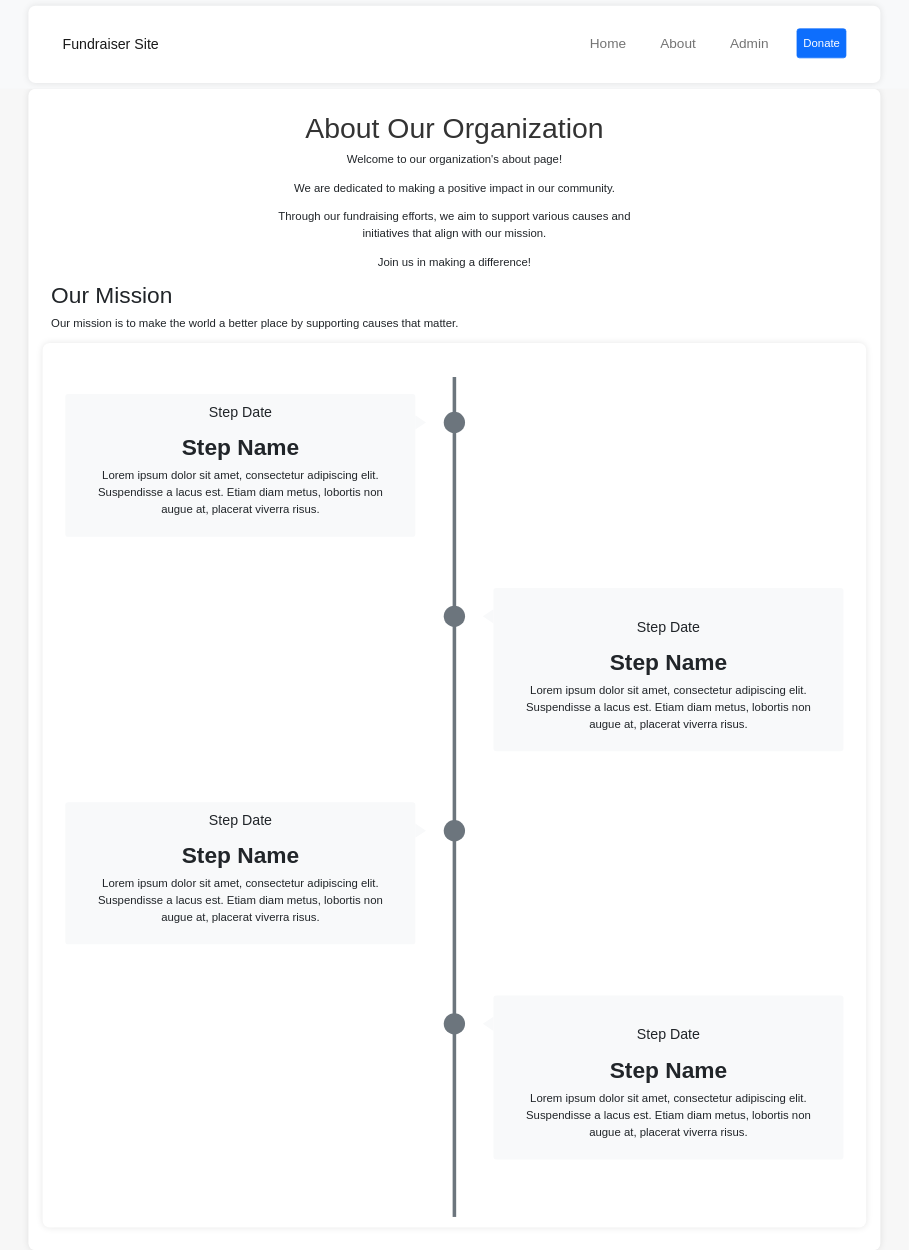
Repository: DragonFruit8/Fundraiser-Page
Page: /about
These files come from the project's save history. The page is drawn as it stood at one moment and after a run of saves; the edit follows.
The browser window is 1280 px wide. The pictures show the whole page, at 71% of full size.
The project was rebuilt for these pictures with package versions that can differ from the ones it lists, and the page was loaded fresh each time. Also part of the build but not shown: src/pages/HomeContainer.js, src/pages/Donate.js, src/pages/Admin.js.

Above is the page before, as saved 2024-07-19 14:02:33.

After the next 3 saves:
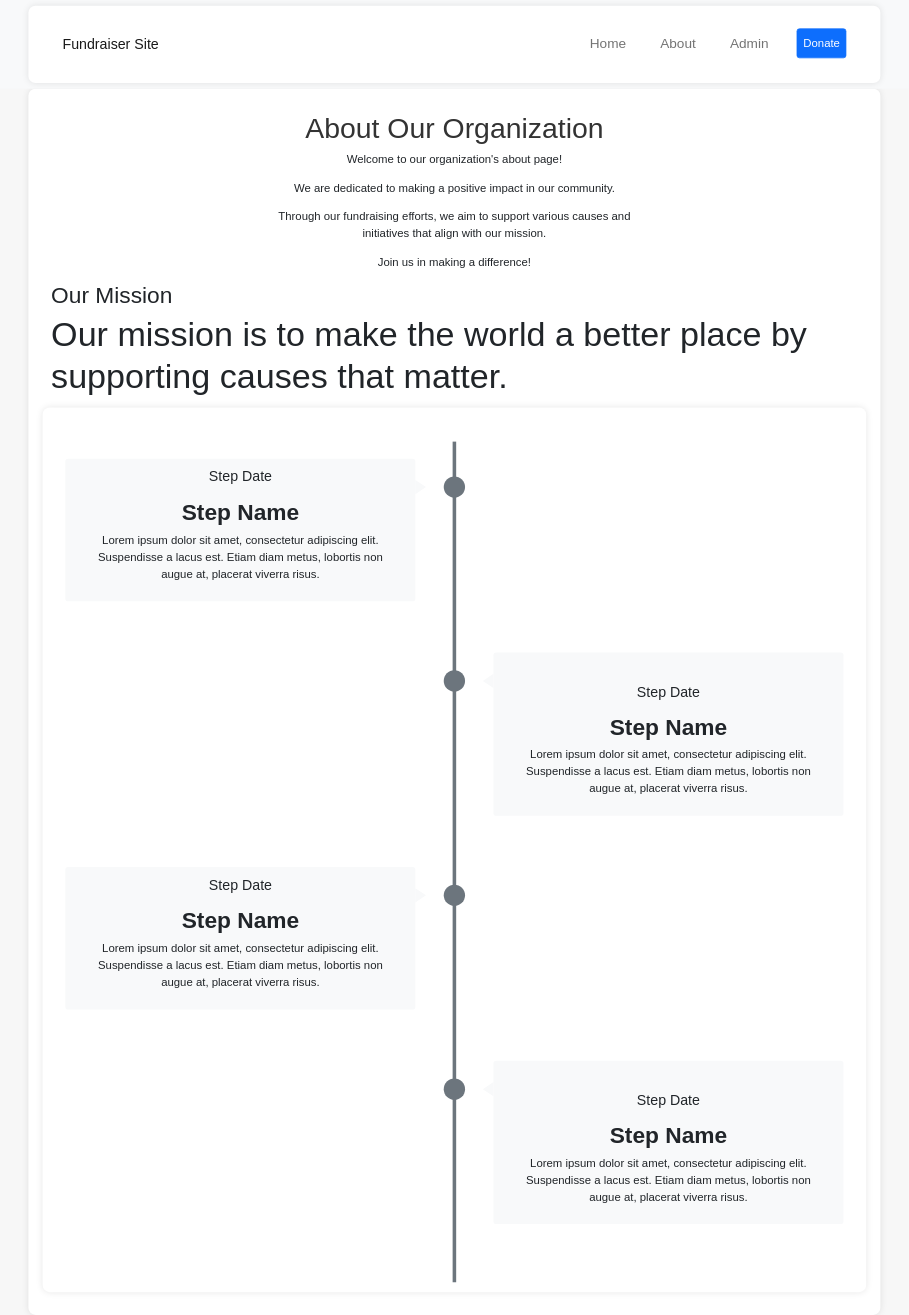
The 3 saves are shown as one change because they came seconds apart.
The last was saved 10 s later.
--- a/src/pages/About.js
+++ b/src/pages/About.js
@@ -123,7 +123,7 @@ const About = () => {
                     </div>
                 </div>
                 <div className="row justify-content-center align-items-center">
-                    <div className="col-md-12 text-start" style={{ textAlign: 'center' }}>
+                    <div className="col-md-12 display-5 text-start" style={{ textAlign: 'center' }}>
                         <h2>Our Mission</h2>
                         <p>Our mission is to make the world a better place by supporting causes that matter.</p>
                     </div>
